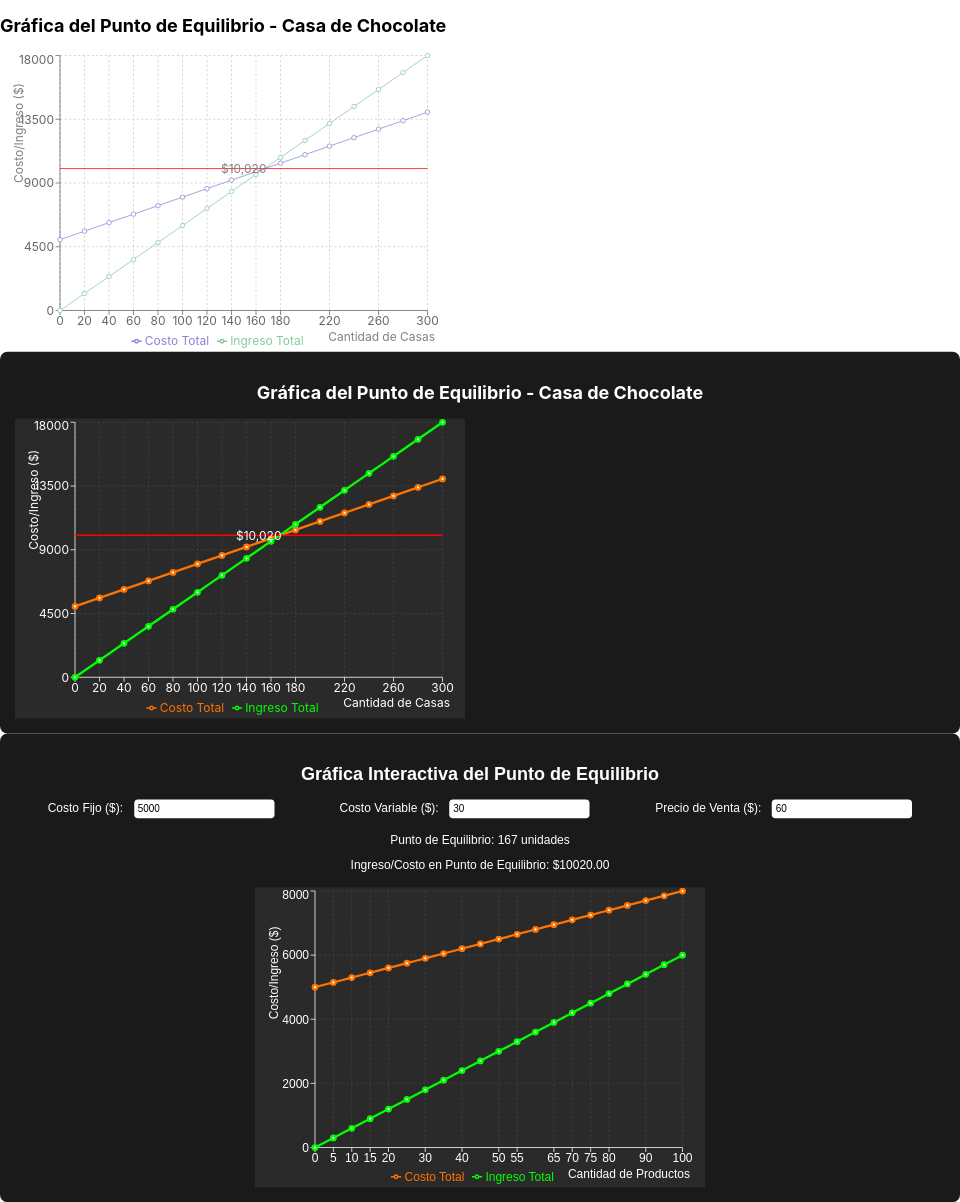
Repository: CiroAlfa/grafic-point-balancer
Page: / (app in graficas-chocolate/)
The author's editor kept a copy of each file at every save. The page is drawn from the files as they stood at one save, then again after the next save.
The browser window is 1280 px wide. The pictures show the whole page, at 75% of full size.
The project was rebuilt for these pictures with package versions that can differ from the ones it lists, and the page was loaded fresh each time.

Above is the page before, as saved 2024-09-14 12:58:14.

### graficas-chocolate/src/App.js
import React from 'react';
import BreakEvenChart from './BreakEvenChart';
import BreakEvenChart2 from './BreakEvenChart2';
import BreakEvenChartInteractive from './BreakEvenChartInteractive';

function App() {
  return (
    <div className="App">
      <BreakEvenChart />
      <BreakEvenChart2 />
      <BreakEvenChartInteractive />


    </div>
  );
}

export default App;

### graficas-chocolate/src/BreakEvenChart.js
import React from 'react';
import { LineChart, Line, XAxis, YAxis, CartesianGrid, Tooltip, Legend, ReferenceLine } from 'recharts';

const BreakEvenChart = () => {
  const generateData = () => {
    const data = [];
    for (let x = 0; x <= 300; x += 20) {
      data.push({
        x: x,
        costoTotal: 5000 + 30 * x,
        ingresoTotal: 60 * x
      });
    }
    return data;
  };

  const data = generateData();

  return (
    <div className="w-full max-w-3xl mx-auto">
      <h2 className="text-xl font-bold mb-4 text-center">Gráfica del Punto de Equilibrio - Casa de Chocolate</h2>
      <LineChart width={600} height={400} data={data} margin={{ top: 5, right: 30, left: 20, bottom: 5 }}>
        <CartesianGrid strokeDasharray="3 3" />
        <XAxis dataKey="x" label={{ value: 'Cantidad de Casas', position: 'insideBottomRight', offset: -10 }} />
        <YAxis label={{ value: 'Costo/Ingreso ($)', angle: -90, position: 'insideLeft' }} />
        <Tooltip />
        <Legend />
        <Line type="monotone" dataKey="costoTotal" stroke="#8884d8" name="Costo Total" />
        <Line type="monotone" dataKey="ingresoTotal" stroke="#82ca9d" name="Ingreso Total" />
        <ReferenceLine x={167} stroke="red" label="Punto de Equilibrio" />
        <ReferenceLine y={10020} stroke="red" label="$10,020" />
      </LineChart>
    </div>
  );
};

export default BreakEvenChart;

### graficas-chocolate/src/BreakEvenChart2.js
import React from 'react';
import { LineChart, Line, XAxis, YAxis, CartesianGrid, Tooltip, Legend, ReferenceLine } from 'recharts';

const BreakEvenChart2 = () => {
  const generateData = () => {
    const data = [];
    for (let x = 0; x <= 300; x += 20) {
      data.push({
        x: x,
        costoTotal: 5000 + 30 * x,
        ingresoTotal: 60 * x
      });
    }
    return data;
  };

  const data = generateData();

  return (
    <div style={{ backgroundColor: '#1a1a1a', padding: '20px', borderRadius: '10px' }}>
      <h2 style={{ color: 'white', textAlign: 'center', marginBottom: '20px' }}>Gráfica del Punto de Equilibrio - Casa de Chocolate</h2>
      <LineChart
        width={600}
        height={400}
        data={data}
        margin={{ top: 5, right: 30, left: 20, bottom: 5 }}
        style={{ backgroundColor: '#2a2a2a' }}
      >
        <CartesianGrid strokeDasharray="3 3" stroke="#444" />
        <XAxis
          dataKey="x"
          label={{ value: 'Cantidad de Casas', position: 'insideBottomRight', offset: -10, fill: 'white' }}
          stroke="white"
        />
        <YAxis
          label={{ value: 'Costo/Ingreso ($)', angle: -90, position: 'insideLeft', fill: 'white' }}
          stroke="white"
        />
        <Tooltip contentStyle={{ backgroundColor: '#3a3a3a', color: 'white', border: 'none' }} />
        <Legend wrapperStyle={{ color: 'white' }} />
        <Line type="monotone" dataKey="costoTotal" stroke="#ff7300" strokeWidth={3} name="Costo Total" />
        <Line type="monotone" dataKey="ingresoTotal" stroke="#00ff00" strokeWidth={3} name="Ingreso Total" />
        <ReferenceLine x={167} stroke="red" strokeWidth={2} label={{ value: "Punto de Equilibrio", fill: 'white' }} />
        <ReferenceLine y={10020} stroke="red" strokeWidth={2} label={{ value: "$10,020", fill: 'white' }} />
      </LineChart>
    </div>
  );
};

export default BreakEvenChart2;

### graficas-chocolate/src/BreakEvenChartInteractive.js
import React, { useState, useEffect } from 'react';
import { LineChart, Line, XAxis, YAxis, CartesianGrid, Tooltip, Legend, ReferenceLine } from 'recharts';

const BreakEvenChartInteractive = () => {
  const [costoFijo, setCostoFijo] = useState(5000);
  const [costoVariable, setCostoVariable] = useState(30);
  const [precioVenta, setPrecioVenta] = useState(60);
  const [puntoEquilibrio, setPuntoEquilibrio] = useState({ x: 0, y: 0 });
  const [data, setData] = useState([]);

  useEffect(() => {
    calcularPuntoEquilibrio();
    generarDatos();
  }, [costoFijo, costoVariable, precioVenta]);

  const calcularPuntoEquilibrio = () => {
    const x = Math.ceil(costoFijo / (precioVenta - costoVariable));
    const y = x * precioVenta;
    setPuntoEquilibrio({ x, y });
  };

  const generarDatos = () => {
    const maxX = Math.max(puntoEquilibrio.x * 2, 100);
    const newData = [];
    for (let x = 0; x <= maxX; x += Math.max(1, Math.floor(maxX / 20))) {
      newData.push({
        x: x,
        costoTotal: costoFijo + costoVariable * x,
        ingresoTotal: precioVenta * x
      });
    }
    setData(newData);
  };

  const handleInputChange = (setter) => (e) => {
    const value = parseFloat(e.target.value) || 0;
    setter(value);
  };

  return (
    <div style={{ backgroundColor: '#1a1a1a', padding: '20px', borderRadius: '10px', color: 'white', fontFamily: 'Arial, sans-serif' }}>
      <h2 style={{ textAlign: 'center', marginBottom: '20px' }}>Gráfica Interactiva del Punto de Equilibrio</h2>

      <div style={{ display: 'flex', justifyContent: 'space-around', marginBottom: '20px' }}>
        <div>
          <label>Costo Fijo ($): </label>
          <input
            type="number"
            value={costoFijo}
            onChange={handleInputChange(setCostoFijo)}
            style={{ marginLeft: '10px', padding: '5px', borderRadius: '5px', border: 'none' }}
          />
        </div>
        <div>
          <label>Costo Variable ($): </label>
          <input
            type="number"
            value={costoVariable}
            onChange={handleInputChange(setCostoVariable)}
            style={{ marginLeft: '10px', padding: '5px', borderRadius: '5px', border: 'none' }}
          />
        </div>
        <div>
          <label>Precio de Venta ($): </label>
          <input
            type="number"
            value={precioVenta}
            onChange={handleInputChange(setPrecioVenta)}
            style={{ marginLeft: '10px', padding: '5px', borderRadius: '5px', border: 'none' }}
          />
        </div>
      </div>

      <div style={{ textAlign: 'center', marginBottom: '20px' }}>
        <p>Punto de Equilibrio: {puntoEquilibrio.x} unidades</p>
        <p>Ingreso/Costo en Punto de Equilibrio: ${puntoEquilibrio.y.toFixed(2)}</p>
      </div>

      <LineChart
        width={600}
        height={400}
        data={data}
        margin={{ top: 5, right: 30, left: 20, bottom: 5 }}
        style={{ backgroundColor: '#2a2a2a', margin: 'auto' }}
      >
        <CartesianGrid strokeDasharray="3 3" stroke="#444" />
        <XAxis
          dataKey="x"
          label={{ value: 'Cantidad de Productos', position: 'insideBottomRight', offset: -10, fill: 'white' }}
          stroke="white"
        />
        <YAxis
          label={{ value: 'Costo/Ingreso ($)', angle: -90, position: 'insideLeft', fill: 'white' }}
          stroke="white"
        />
        <Tooltip contentStyle={{ backgroundColor: '#3a3a3a', color: 'white', border: 'none' }} />
        <Legend wrapperStyle={{ color: 'white' }} />
        <Line type="monotone" dataKey="costoTotal" stroke="#ff7300" strokeWidth={3} name="Costo Total" />
        <Line type="monotone" dataKey="ingresoTotal" stroke="#00ff00" strokeWidth={3} name="Ingreso Total" />
        <ReferenceLine x={puntoEquilibrio.x} stroke="red" strokeWidth={2} label={{ value: "Punto de Equilibrio", fill: 'white' }} />
        <ReferenceLine y={puntoEquilibrio.y} stroke="red" strokeWidth={2} label={{ value: `$${puntoEquilibrio.y.toFixed(2)}`, fill: 'white' }} />
      </LineChart>
    </div>
  );
};

export default BreakEvenChartInteractive;

Loaded but not shown: graficas-chocolate/public/index.html (common file); graficas-chocolate/src/index.js (common file); graficas-chocolate/src/index.css (common file); graficas-chocolate/src/reportWebVitals.js (common file)

After the next save:
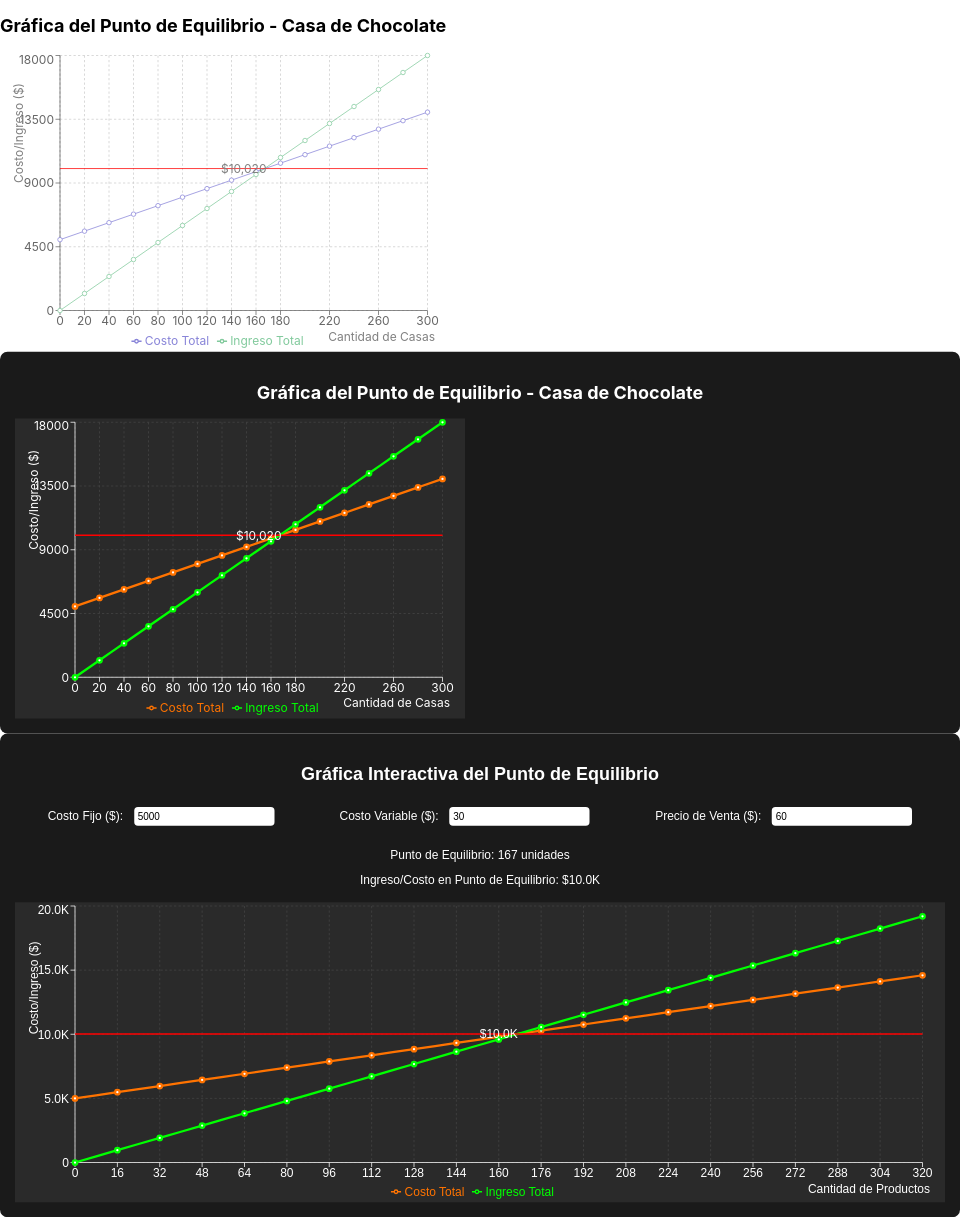
Saved 8 min 11 s later.
--- a/graficas-chocolate/src/BreakEvenChartInteractive.js
+++ b/graficas-chocolate/src/BreakEvenChartInteractive.js
@@ -1,5 +1,5 @@
 import React, { useState, useEffect } from 'react';
-import { LineChart, Line, XAxis, YAxis, CartesianGrid, Tooltip, Legend, ReferenceLine } from 'recharts';
+import { LineChart, Line, XAxis, YAxis, CartesianGrid, Tooltip, Legend, ReferenceLine, ResponsiveContainer } from 'recharts';
 
 const BreakEvenChartInteractive = () => {
   const [costoFijo, setCostoFijo] = useState(5000);
@@ -7,26 +7,33 @@ const BreakEvenChartInteractive = () => {
   const [precioVenta, setPrecioVenta] = useState(60);
   const [puntoEquilibrio, setPuntoEquilibrio] = useState({ x: 0, y: 0 });
   const [data, setData] = useState([]);
+  const [maxX, setMaxX] = useState(0);
+  const [maxY, setMaxY] = useState(0);
 
   useEffect(() => {
     calcularPuntoEquilibrio();
-    generarDatos();
   }, [costoFijo, costoVariable, precioVenta]);
 
   const calcularPuntoEquilibrio = () => {
     const x = Math.ceil(costoFijo / (precioVenta - costoVariable));
     const y = x * precioVenta;
     setPuntoEquilibrio({ x, y });
+    generarDatos(x, y);
   };
 
-  const generarDatos = () => {
-    const maxX = Math.max(puntoEquilibrio.x * 2, 100);
+  const generarDatos = (x, y) => {
+    const newMaxX = Math.ceil(x * 2);
+    const newMaxY = Math.ceil(y * 2);
+    setMaxX(newMaxX);
+    setMaxY(newMaxY);
+
     const newData = [];
-    for (let x = 0; x <= maxX; x += Math.max(1, Math.floor(maxX / 20))) {
+    const step = Math.max(1, Math.floor(newMaxX / 20));
+    for (let i = 0; i <= newMaxX; i += step) {
       newData.push({
-        x: x,
-        costoTotal: costoFijo + costoVariable * x,
-        ingresoTotal: precioVenta * x
+        x: i,
+        costoTotal: costoFijo + costoVariable * i,
+        ingresoTotal: precioVenta * i
       });
     }
     setData(newData);
@@ -37,12 +44,21 @@ const BreakEvenChartInteractive = () => {
     setter(value);
   };
 
+  const formatNumber = (number) => {
+    if (number >= 1000000) {
+      return (number / 1000000).toFixed(1) + 'M';
+    } else if (number >= 1000) {
+      return (number / 1000).toFixed(1) + 'K';
+    }
+    return number.toFixed(0);
+  };
+
   return (
     <div style={{ backgroundColor: '#1a1a1a', padding: '20px', borderRadius: '10px', color: 'white', fontFamily: 'Arial, sans-serif' }}>
       <h2 style={{ textAlign: 'center', marginBottom: '20px' }}>Gráfica Interactiva del Punto de Equilibrio</h2>
 
-      <div style={{ display: 'flex', justifyContent: 'space-around', marginBottom: '20px' }}>
-        <div>
+      <div style={{ display: 'flex', justifyContent: 'space-around', marginBottom: '20px', flexWrap: 'wrap' }}>
+        <div style={{ margin: '10px' }}>
           <label>Costo Fijo ($): </label>
           <input
             type="number"
@@ -51,7 +67,7 @@ const BreakEvenChartInteractive = () => {
             style={{ marginLeft: '10px', padding: '5px', borderRadius: '5px', border: 'none' }}
           />
         </div>
-        <div>
+        <div style={{ margin: '10px' }}>
           <label>Costo Variable ($): </label>
           <input
             type="number"
@@ -60,7 +76,7 @@ const BreakEvenChartInteractive = () => {
             style={{ marginLeft: '10px', padding: '5px', borderRadius: '5px', border: 'none' }}
           />
         </div>
-        <div>
+        <div style={{ margin: '10px' }}>
           <label>Precio de Venta ($): </label>
           <input
             type="number"
@@ -72,34 +88,39 @@ const BreakEvenChartInteractive = () => {
       </div>
 
       <div style={{ textAlign: 'center', marginBottom: '20px' }}>
-        <p>Punto de Equilibrio: {puntoEquilibrio.x} unidades</p>
-        <p>Ingreso/Costo en Punto de Equilibrio: ${puntoEquilibrio.y.toFixed(2)}</p>
+        <p>Punto de Equilibrio: {formatNumber(puntoEquilibrio.x)} unidades</p>
+        <p>Ingreso/Costo en Punto de Equilibrio: ${formatNumber(puntoEquilibrio.y)}</p>
       </div>
 
-      <LineChart
-        width={600}
-        height={400}
-        data={data}
-        margin={{ top: 5, right: 30, left: 20, bottom: 5 }}
-        style={{ backgroundColor: '#2a2a2a', margin: 'auto' }}
-      >
-        <CartesianGrid strokeDasharray="3 3" stroke="#444" />
-        <XAxis
-          dataKey="x"
-          label={{ value: 'Cantidad de Productos', position: 'insideBottomRight', offset: -10, fill: 'white' }}
-          stroke="white"
-        />
-        <YAxis
-          label={{ value: 'Costo/Ingreso ($)', angle: -90, position: 'insideLeft', fill: 'white' }}
-          stroke="white"
-        />
-        <Tooltip contentStyle={{ backgroundColor: '#3a3a3a', color: 'white', border: 'none' }} />
-        <Legend wrapperStyle={{ color: 'white' }} />
-        <Line type="monotone" dataKey="costoTotal" stroke="#ff7300" strokeWidth={3} name="Costo Total" />
-        <Line type="monotone" dataKey="ingresoTotal" stroke="#00ff00" strokeWidth={3} name="Ingreso Total" />
-        <ReferenceLine x={puntoEquilibrio.x} stroke="red" strokeWidth={2} label={{ value: "Punto de Equilibrio", fill: 'white' }} />
-        <ReferenceLine y={puntoEquilibrio.y} stroke="red" strokeWidth={2} label={{ value: `$${puntoEquilibrio.y.toFixed(2)}`, fill: 'white' }} />
-      </LineChart>
+      <ResponsiveContainer width="100%" height={400}>
+        <LineChart
+          data={data}
+          margin={{ top: 5, right: 30, left: 20, bottom: 5 }}
+          style={{ backgroundColor: '#2a2a2a' }}
+        >
+          <CartesianGrid strokeDasharray="3 3" stroke="#444" />
+          <XAxis
+            dataKey="x"
+            label={{ value: 'Cantidad de Productos', position: 'insideBottomRight', offset: -10, fill: 'white' }}
+            stroke="white"
+            tickFormatter={formatNumber}
+          />
+          <YAxis
+            label={{ value: 'Costo/Ingreso ($)', angle: -90, position: 'insideLeft', fill: 'white' }}
+            stroke="white"
+            tickFormatter={formatNumber}
+          />
+          <Tooltip
+            contentStyle={{ backgroundColor: '#3a3a3a', color: 'white', border: 'none' }}
+            formatter={(value) => formatNumber(value)}
+          />
+          <Legend wrapperStyle={{ color: 'white' }} />
+          <Line type="monotone" dataKey="costoTotal" stroke="#ff7300" strokeWidth={3} name="Costo Total" />
+          <Line type="monotone" dataKey="ingresoTotal" stroke="#00ff00" strokeWidth={3} name="Ingreso Total" />
+          <ReferenceLine x={puntoEquilibrio.x} stroke="red" strokeWidth={2} label={{ value: "Punto de Equilibrio", fill: 'white' }} />
+          <ReferenceLine y={puntoEquilibrio.y} stroke="red" strokeWidth={2} label={{ value: `$${formatNumber(puntoEquilibrio.y)}`, fill: 'white' }} />
+        </LineChart>
+      </ResponsiveContainer>
     </div>
   );
 };
